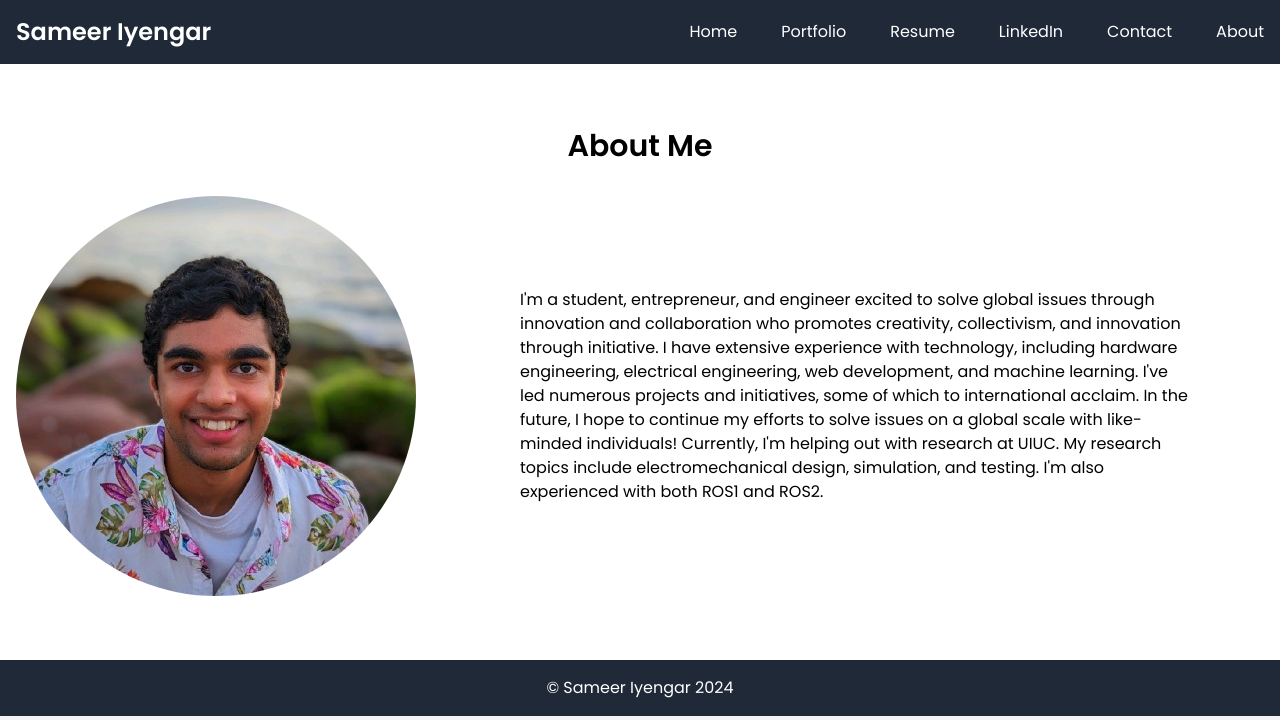
Repository: siyengar04/siyengar04.github.io
Page: about.html
These files come from the project's save history. The page is drawn as it stood at one moment and after the next save; the edit follows.
The browser window is 1280 px wide. The pictures show the whole page.
Some web libraries are served in a nearby version.

Above is the page before, as saved 2024-11-01 13:48:34.

### about.html
<!DOCTYPE html>
<html lang="en">

<head>
    <meta charset="UTF-8">
    <meta name="viewport" content="width=device-width, initial-scale=1.0">
    <title>Photography Portfolio</title>
    <script src="https://cdn.tailwindcss.com"></script>
    <link href="/src/output.css" rel="stylesheet">
    <link href="https://fonts.googleapis.com/css2?family=Poppins:wght@300;400;600&display=swap" rel="stylesheet">
    <style>
        body {
            font-family: 'Poppins', sans-serif;
        }
    </style>
</head>

<body class="bg-gray-100">
    <header class="bg-gray-800 text-white py-4">
        <div class="container mx-auto flex justify-between items-center px-4">
            <h1 class="text-2xl font-semibold">Sameer Iyengar</h1>
            <div class="md:hidden">
                <button id="nav-toggle" class="text-white focus:outline-none">
                    <svg xmlns="http://www.w3.org/2000/svg" class="h-6 w-6" fill="none" viewBox="0 0 24 24" stroke="currentColor">
                        <path stroke-linecap="round" stroke-linejoin="round" stroke-width="2" d="M4 6h16M4 12h16m-7 6h7" />
                    </svg>
                </button>
            </div>
            <nav id="nav-menu" class="hidden md:flex md:space-x-6">
                <ul class="flex flex-col md:flex-row space-y-4 md:space-y-0 md:space-x-6">
                    <li><a href="index.html" class="hover:text-gray-400">Home</a></li>
                    <li><a href="/portfolio.html" class="hover:text-gray-400">Portfolio</a></li>
                    <li><a href="/resume.html" class="hover:text-gray-400">Resume</a></li>
                    <li><a href="https://www.linkedin.com/in/sameer-iyengar/" class="hover:text-gray-400">LinkedIn</a></li>
                    <li><a href="/contact.html" class="hover:text-gray-400">Contact</a></li>
                    <li><a href="/about.html" class="hover:text-gray-400">About</a></li>
                </ul>
            </nav>
        </div>
    </header>
    <section id="about" class="about py-16 bg-white">
        <h2 class="text-3xl text-center font-bold mb-8">About Me</h2>

        <div class="container mx-auto px-4 flex flex-col md:flex-row items-center">
            <img src="/images/profile.jpg" alt="Profile Picture" class="w-100 h-100 rounded-full mb-8 md:mb-0 md:mr-8">
            <div class="text-left md:text-left md:flex-1">
                <p class="text-left max-w-2xl mx-auto">I'm a student, entrepreneur, and engineer excited to solve global issues through innovation and collaboration who promotes creativity, collectivism, and innovation through initiative. I have extensive experience with technology, including hardware engineering, electrical engineering, web development, and machine learning. I've led numerous projects and initiatives, some of which to international acclaim. In the future, I hope to continue my efforts to solve issues on a global scale with like-minded individuals! Currently, I'm helping out with research at UIUC. My research topics include electromechanical design, simulation, and testing. I'm also experienced with both ROS1 and ROS2. </p>
            </div>
        </div>
    </section>


    <footer class="bg-gray-800 text-white text-center py-4">
        <div class="container mx-auto">
            <p>&copy; Sameer Iyengar 2024</p>
        </div>
    </footer>

    <script>
        const navToggle = document.getElementById('nav-toggle');
        const navMenu = document.getElementById('nav-menu');

        navToggle.addEventListener('click', () => {
            navMenu.classList.toggle('hidden');
        });
    </script>
</body>

</html>

### src/output.css
*, ::before, ::after {
  --tw-border-spacing-x: 0;
  --tw-border-spacing-y: 0;
  --tw-translate-x: 0;
  --tw-translate-y: 0;
  --tw-rotate: 0;
  --tw-skew-x: 0;
  --tw-skew-y: 0;
  --tw-scale-x: 1;
  --tw-scale-y: 1;
  --tw-pan-x:  ;
  --tw-pan-y:  ;
  --tw-pinch-zoom:  ;
  --tw-scroll-snap-strictness: proximity;
  --tw-gradient-from-position:  ;
  --tw-gradient-via-position:  ;
  --tw-gradient-to-position:  ;
  --tw-ordinal:  ;
  --tw-slashed-zero:  ;
  --tw-numeric-figure:  ;
  --tw-numeric-spacing:  ;
  --tw-numeric-fraction:  ;
  --tw-ring-inset:  ;
  --tw-ring-offset-width: 0px;
  --tw-ring-offset-color: #fff;
  --tw-ring-color: rgb(59 130 246 / 0.5);
  --tw-ring-offset-shadow: 0 0 #0000;
  --tw-ring-shadow: 0 0 #0000;
  --tw-shadow: 0 0 #0000;
  --tw-shadow-colored: 0 0 #0000;
  --tw-blur:  ;
  --tw-brightness:  ;
  --tw-contrast:  ;
  --tw-grayscale:  ;
  --tw-hue-rotate:  ;
  --tw-invert:  ;
  --tw-saturate:  ;
  --tw-sepia:  ;
  --tw-drop-shadow:  ;
  --tw-backdrop-blur:  ;
  --tw-backdrop-brightness:  ;
  --tw-backdrop-contrast:  ;
  --tw-backdrop-grayscale:  ;
  --tw-backdrop-hue-rotate:  ;
  --tw-backdrop-invert:  ;
  --tw-backdrop-opacity:  ;
  --tw-backdrop-saturate:  ;
  --tw-backdrop-sepia:  ;
  --tw-contain-size:  ;
  --tw-contain-layout:  ;
  --tw-contain-paint:  ;
  --tw-contain-style:  ;
}

::backdrop {
  --tw-border-spacing-x: 0;
  --tw-border-spacing-y: 0;
  --tw-translate-x: 0;
  --tw-translate-y: 0;
  --tw-rotate: 0;
  --tw-skew-x: 0;
  --tw-skew-y: 0;
  --tw-scale-x: 1;
  --tw-scale-y: 1;
  --tw-pan-x:  ;
  --tw-pan-y:  ;
  --tw-pinch-zoom:  ;
  --tw-scroll-snap-strictness: proximity;
  --tw-gradient-from-position:  ;
  --tw-gradient-via-position:  ;
  --tw-gradient-to-position:  ;
  --tw-ordinal:  ;
  --tw-slashed-zero:  ;
  --tw-numeric-figure:  ;
  --tw-numeric-spacing:  ;
  --tw-numeric-fraction:  ;
  --tw-ring-inset:  ;
  --tw-ring-offset-width: 0px;
  --tw-ring-offset-color: #fff;
  --tw-ring-color: rgb(59 130 246 / 0.5);
  --tw-ring-offset-shadow: 0 0 #0000;
  --tw-ring-shadow: 0 0 #0000;
  --tw-shadow: 0 0 #0000;
  --tw-shadow-colored: 0 0 #0000;
  --tw-blur:  ;
  --tw-brightness:  ;
  --tw-contrast:  ;
  --tw-grayscale:  ;
  --tw-hue-rotate:  ;
  --tw-invert:  ;
  --tw-saturate:  ;
  --tw-sepia:  ;
  --tw-drop-shadow:  ;
  --tw-backdrop-blur:  ;
  --tw-backdrop-brightness:  ;
  --tw-backdrop-contrast:  ;
  --tw-backdrop-grayscale:  ;
  --tw-backdrop-hue-rotate:  ;
  --tw-backdrop-invert:  ;
  --tw-backdrop-opacity:  ;
  --tw-backdrop-saturate:  ;
  --tw-backdrop-sepia:  ;
  --tw-contain-size:  ;
  --tw-contain-layout:  ;
  --tw-contain-paint:  ;
  --tw-contain-style:  ;
}

/*
! tailwindcss v3.4.14 | MIT License | https://tailwindcss.com
*/

/*
1. Prevent padding and border from affecting element width. (https://github.com/mozdevs/cssremedy/issues/4)
2. Allow adding a border to an element by just adding a border-width. (https://github.com/tailwindcss/tailwindcss/pull/116)
*/

*,
::before,
::after {
  box-sizing: border-box;
  /* 1 */
  border-width: 0;
  /* 2 */
  border-style: solid;
  /* 2 */
  border-color: #e5e7eb;
  /* 2 */
}

::before,
::after {
  --tw-content: '';
}

/*
1. Use a consistent sensible line-height in all browsers.
2. Prevent adjustments of font size after orientation changes in iOS.
3. Use a more readable tab size.
4. Use the user's configured `sans` font-family by default.
5. Use the user's configured `sans` font-feature-settings by default.
6. Use the user's configured `sans` font-variation-settings by default.
7. Disable tap highlights on iOS
*/

html,
:host {
  line-height: 1.5;
  /* 1 */
  -webkit-text-size-adjust: 100%;
  /* 2 */
  -moz-tab-size: 4;
  /* 3 */
  -o-tab-size: 4;
     tab-size: 4;
  /* 3 */
  font-family: ui-sans-serif, system-ui, sans-serif, "Apple Color Emoji", "Segoe UI Emoji", "Segoe UI Symbol", "Noto Color Emoji";
  /* 4 */
  font-feature-settings: normal;
  /* 5 */
  font-variation-settings: normal;
  /* 6 */
  -webkit-tap-highlight-color: transparent;
  /* 7 */
}

/*
1. Remove the margin in all browsers.
2. Inherit line-height from `html` so users can set them as a class directly on the `html` element.
*/

body {
  margin: 0;
  /* 1 */
  line-height: inherit;
  /* 2 */
}

/*
1. Add the correct height in Firefox.
2. Correct the inheritance of border color in Firefox. (https://bugzilla.mozilla.org/show_bug.cgi?id=190655)
3. Ensure horizontal rules are visible by default.
*/

hr {
  height: 0;
  /* 1 */
  color: inherit;
  /* 2 */
  border-top-width: 1px;
  /* 3 */
}

/*
Add the correct text decoration in Chrome, Edge, and Safari.
*/

abbr:where([title]) {
  -webkit-text-decoration: underline dotted;
          text-decoration: underline dotted;
}

/*
Remove the default font size and weight for headings.
*/

h1,
h2,
h3,
h4,
h5,
h6 {
  font-size: inherit;
  font-weight: inherit;
}

/*
Reset links to optimize for opt-in styling instead of opt-out.
*/

a {
  color: inherit;
  text-decoration: inherit;
}

/*
Add the correct font weight in Edge and Safari.
*/

b,
strong {
  font-weight: bolder;
}

/*
1. Use the user's configured `mono` font-family by default.
2. Use the user's configured `mono` font-feature-settings by default.
3. Use the user's configured `mono` font-variation-settings by default.
4. Correct the odd `em` font sizing in all browsers.
*/

code,
kbd,
samp,
pre {
  font-family: ui-monospace, SFMono-Regular, Menlo, Monaco, Consolas, "Liberation Mono", "Courier New", monospace;
  /* 1 */
  font-feature-settings: normal;
  /* 2 */
  font-variation-settings: normal;
  /* 3 */
  font-size: 1em;
  /* 4 */
}

/*
Add the correct font size in all browsers.
*/

small {
  font-size: 80%;
}

/*
Prevent `sub` and `sup` elements from affecting the line height in all browsers.
*/

sub,
sup {
  font-size: 75%;
  line-height: 0;
  position: relative;
  vertical-align: baseline;
}

sub {
  bottom: -0.25em;
}

sup {
  top: -0.5em;
}

/*
1. Remove text indentation from table contents in Chrome and Safari. (https://bugs.chromium.org/p/chromium/issues/detail?id=999088, https://bugs.webkit.org/show_bug.cgi?id=201297)
2. Correct table border color inheritance in all Chrome and Safari. (https://bugs.chromium.org/p/chromium/issues/detail?id=935729, https://bugs.webkit.org/show_bug.cgi?id=195016)
3. Remove gaps between table borders by default.
*/

table {
  text-indent: 0;
  /* 1 */
  border-color: inherit;
  /* 2 */
  border-collapse: collapse;
  /* 3 */
}

/*
1. Change the font styles in all browsers.
2. Remove the margin in Firefox and Safari.
3. Remove default padding in all browsers.
*/

button,
input,
optgroup,
select,
textarea {
  font-family: inherit;
  /* 1 */
  font-feature-settings: inherit;
  /* 1 */
  font-variation-settings: inherit;
  /* 1 */
  font-size: 100%;
  /* 1 */
  font-weight: inherit;
  /* 1 */
  line-height: inherit;
  /* 1 */
  letter-spacing: inherit;
  /* 1 */
  color: inherit;
  /* 1 */
  margin: 0;
  /* 2 */
  padding: 0;
  /* 3 */
}

/*
Remove the inheritance of text transform in Edge and Firefox.
*/

button,
select {
  text-transform: none;
}

/*
1. Correct the inability to style clickable types in iOS and Safari.
2. Remove default button styles.
*/

button,
input:where([type='button']),
input:where([type='reset']),
input:where([type='submit']) {
  -webkit-appearance: button;
  /* 1 */
  background-color: transparent;
  /* 2 */
  background-image: none;
  /* 2 */
}

/*
Use the modern Firefox focus style for all focusable elements.
*/

:-moz-focusring {
  outline: auto;
}

/*
Remove the additional `:invalid` styles in Firefox. (https://github.com/mozilla/gecko-dev/blob/2f9eacd9d3d995c937b4251a5557d95d494c9be1/layout/style/res/forms.css#L728-L737)
*/

:-moz-ui-invalid {
  box-shadow: none;
}

/*
Add the correct vertical alignment in Chrome and Firefox.
*/

progress {
  vertical-align: baseline;
}

/*
Correct the cursor style of increment and decrement buttons in Safari.
*/

::-webkit-inner-spin-button,
::-webkit-outer-spin-button {
  height: auto;
}

/*
1. Correct the odd appearance in Chrome and Safari.
2. Correct the outline style in Safari.
*/

[type='search'] {
  -webkit-appearance: textfield;
  /* 1 */
  outline-offset: -2px;
  /* 2 */
}

/*
Remove the inner padding in Chrome and Safari on macOS.
*/

::-webkit-search-decoration {
  -webkit-appearance: none;
}

/*
1. Correct the inability to style clickable types in iOS and Safari.
2. Change font properties to `inherit` in Safari.
*/

::-webkit-file-upload-button {
  -webkit-appearance: button;
  /* 1 */
  font: inherit;
  /* 2 */
}

/*
Add the correct display in Chrome and Safari.
*/

summary {
  display: list-item;
}

/*
Removes the default spacing and border for appropriate elements.
*/

blockquote,
dl,
dd,
h1,
h2,
h3,
h4,
h5,
h6,
hr,
figure,
p,
pre {
  margin: 0;
}

fieldset {
  margin: 0;
  padding: 0;
}

legend {
  padding: 0;
}

ol,
ul,
menu {
  list-style: none;
  margin: 0;
  padding: 0;
}

/*
Reset default styling for dialogs.
*/

dialog {
  padding: 0;
}

/*
Prevent resizing textareas horizontally by default.
*/

textarea {
  resize: vertical;
}

/*
1. Reset the default placeholder opacity in Firefox. (https://github.com/tailwindlabs/tailwindcss/issues/3300)
2. Set the default placeholder color to the user's configured gray 400 color.
*/

input::-moz-placeholder, textarea::-moz-placeholder {
  opacity: 1;
  /* 1 */
  color: #9ca3af;
  /* 2 */
}

input::placeholder,
textarea::placeholder {
  opacity: 1;
  /* 1 */
  color: #9ca3af;
  /* 2 */
}

/*
Set the default cursor for buttons.
*/

button,
[role="button"] {
  cursor: pointer;
}

/*
Make sure disabled buttons don't get the pointer cursor.
*/

:disabled {
  cursor: default;
}

/*
1. Make replaced elements `display: block` by default. (https://github.com/mozdevs/cssremedy/issues/14)
2. Add `vertical-align: middle` to align replaced elements more sensibly by default. (https://github.com/jensimmons/cssremedy/issues/14#issuecomment-634934210)
   This can trigger a poorly considered lint error in some tools but is included by design.
*/

img,
svg,
video,
canvas,
audio,
iframe,
embed,
object {
  display: block;
  /* 1 */
  vertical-align: middle;
  /* 2 */
}

/*
Constrain images and videos to the parent width and preserve their intrinsic aspect ratio. (https://github.com/mozdevs/cssremedy/issues/14)
*/

img,
video {
  max-width: 100%;
  height: auto;
}

/* Make elements with the HTML hidden attribute stay hidden by default */

[hidden]:where(:not([hidden="until-found"])) {
  display: none;
}

body {
  font-family: 'Poppins', sans-serif;
  margin: 0;
  padding: 0;
  box-sizing: border-box;
}

header {
  background-color: #333;
  padding: 20px 0;
  color: #fff;
}

header nav ul {
  display: flex;
  list-style-type: none;
  gap: 20px;
}

header nav ul li a {
  color: #fff;
  text-decoration: none;
}

.hero {
  background: url('images/hero.jpg') no-repeat center center/cover;
  height: 80vh;
  display: flex;
  align-items: center;
  justify-content: center;
  color: #fff;
  text-align: center;
}

.portfolio {
  padding: 40px 0;
}

.gallery {
  display: grid;
  grid-template-columns: repeat(auto-fit, minmax(200px, 1fr));
  gap: 20px;
}

.gallery img {
  width: 100%;
  height: auto;
}

.contact-btn {
  background-color: #333;
  color: #fff;
  padding: 10px 20px;
  text-decoration: none;
  border-radius: 5px;
}

footer {
  background-color: #333;
  color: #fff;
  text-align: center;
  padding: 10px 0;
}

After the next save:
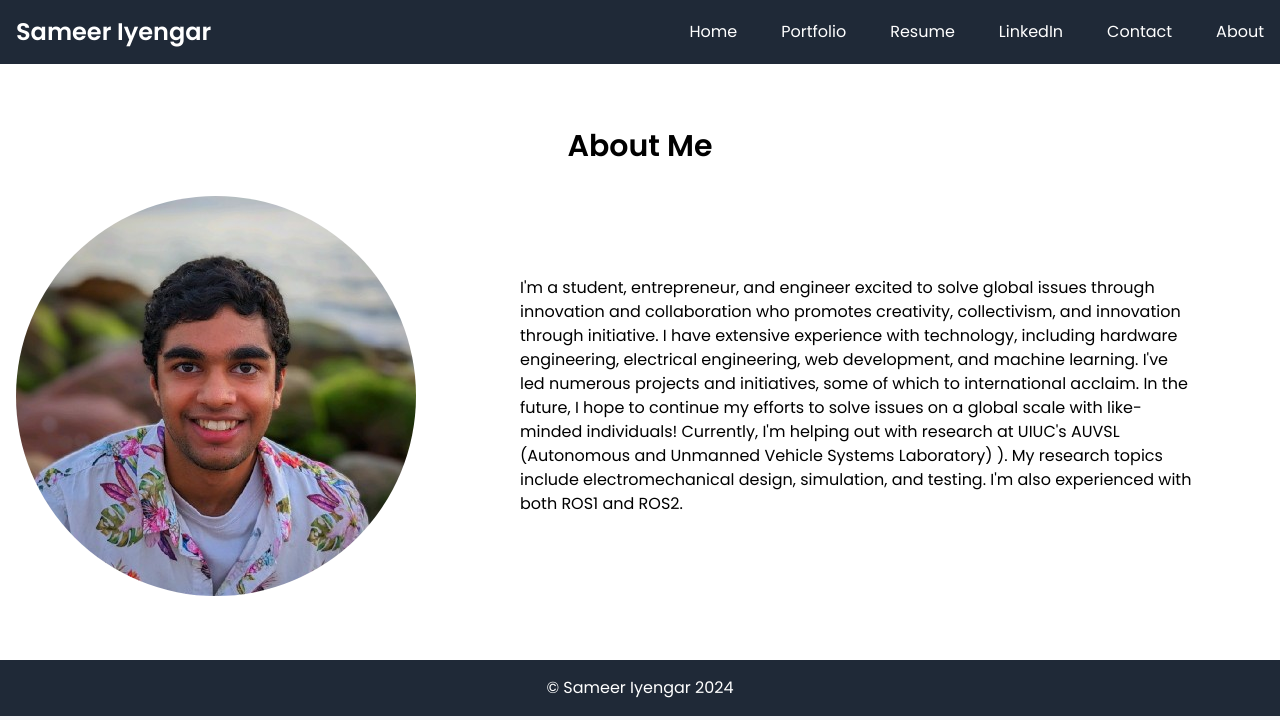
Saved 40 s later.
--- a/about.html
+++ b/about.html
@@ -44,7 +44,7 @@
         <div class="container mx-auto px-4 flex flex-col md:flex-row items-center">
             <img src="/images/profile.jpg" alt="Profile Picture" class="w-100 h-100 rounded-full mb-8 md:mb-0 md:mr-8">
             <div class="text-left md:text-left md:flex-1">
-                <p class="text-left max-w-2xl mx-auto">I'm a student, entrepreneur, and engineer excited to solve global issues through innovation and collaboration who promotes creativity, collectivism, and innovation through initiative. I have extensive experience with technology, including hardware engineering, electrical engineering, web development, and machine learning. I've led numerous projects and initiatives, some of which to international acclaim. In the future, I hope to continue my efforts to solve issues on a global scale with like-minded individuals! Currently, I'm helping out with research at UIUC. My research topics include electromechanical design, simulation, and testing. I'm also experienced with both ROS1 and ROS2. </p>
+                <p class="text-left max-w-2xl mx-auto">I'm a student, entrepreneur, and engineer excited to solve global issues through innovation and collaboration who promotes creativity, collectivism, and innovation through initiative. I have extensive experience with technology, including hardware engineering, electrical engineering, web development, and machine learning. I've led numerous projects and initiatives, some of which to international acclaim. In the future, I hope to continue my efforts to solve issues on a global scale with like-minded individuals! Currently, I'm helping out with research at UIUC's AUVSL (Autonomous and Unmanned Vehicle Systems Laboratory)                  ). My research topics include electromechanical design, simulation, and testing. I'm also experienced with both ROS1 and ROS2. </p>
             </div>
         </div>
     </section>
